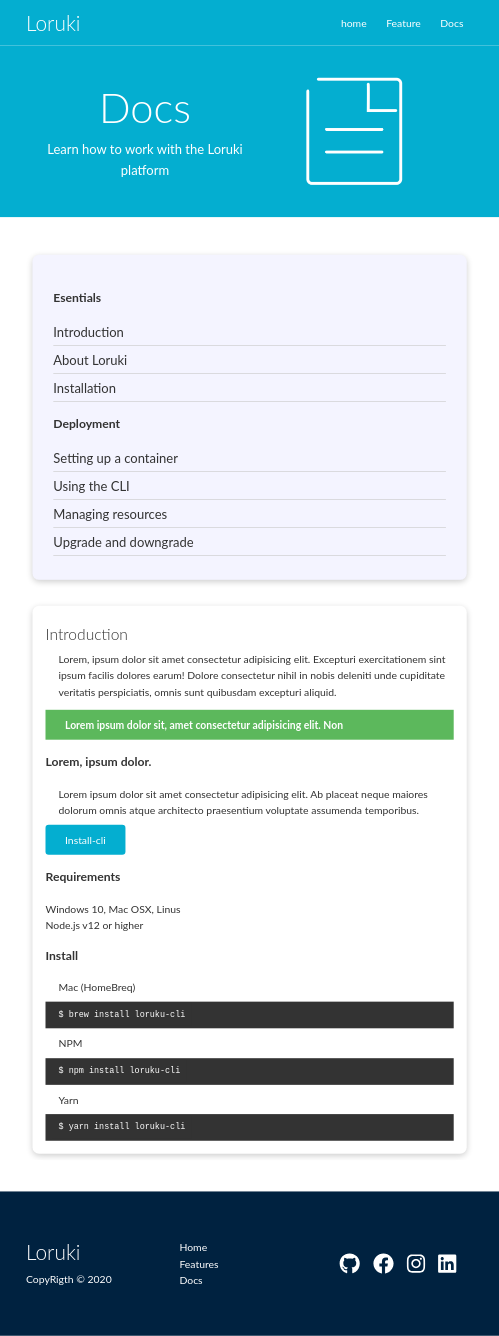
Repository: MosiurRrahman/loruki-app-reactjs
Page: /docs
An editor plug-in stored every save of this project. The page is shown before and after the next save, followed by the edit.
The browser window is 768 px wide. The pictures show the whole page, at 65% of full size.
The project was rebuilt for these pictures with package versions that can differ from the ones it lists, and the page was loaded fresh each time. Also part of the build but not shown: src/components/pages/home/Cli.js, src/components/pages/home/Cloud.js, src/components/pages/home/Languages.js, src/components/pages/home/ShowcaseForm.js, src/components/pages/home/ShowCase.js, src/components/pages/home/Status.js, src/components/pages/home/HomePage.js, src/components/layouts/Main.jsx and 4 more.

Above is the page before, as saved 2021-10-06 15:21:09.

After the next save:
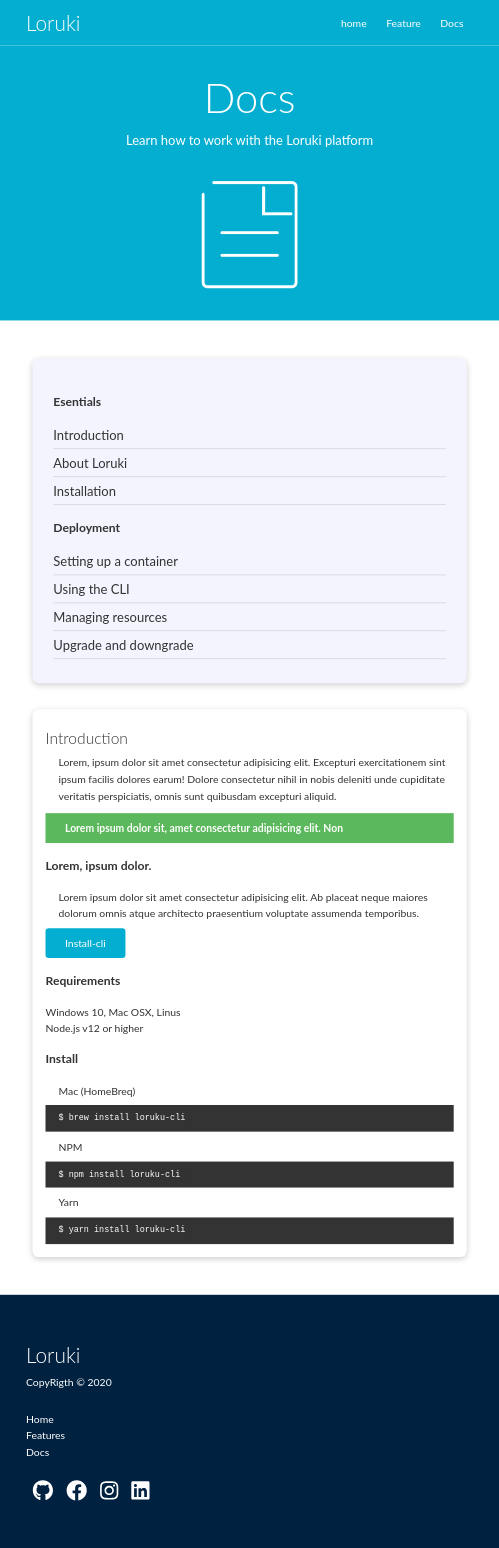
Saved 3 min 51 s later.
--- a/src/assets/css/main.css
+++ b/src/assets/css/main.css
@@ -343,7 +343,7 @@ body {
   .cloud .grid,
   .freature-main .grid,
   .docs-main .grid {
-    grid-template-columns: 1fr;
+    grid-template-columns: 1fr !important;
     grid-template-rows: 1fr;
   }
   .showcase {
